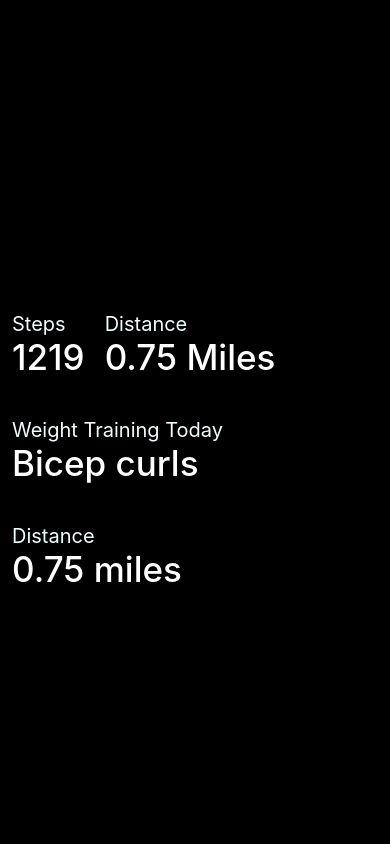
Repository: JamesPesenti/JiMTracker
Screen: /
The author's editor kept a copy of each file at every save. The screen is drawn from the files as they stood at one save, then again after the next save.
The app was drawn by React Native's web renderer in a window 390 px wide. The project was rebuilt for these pictures with package versions that can differ from the ones it lists, and the page was loaded fresh each time.

Above is the screen before, as saved 2023-06-16 12:29:45.

After the next save:
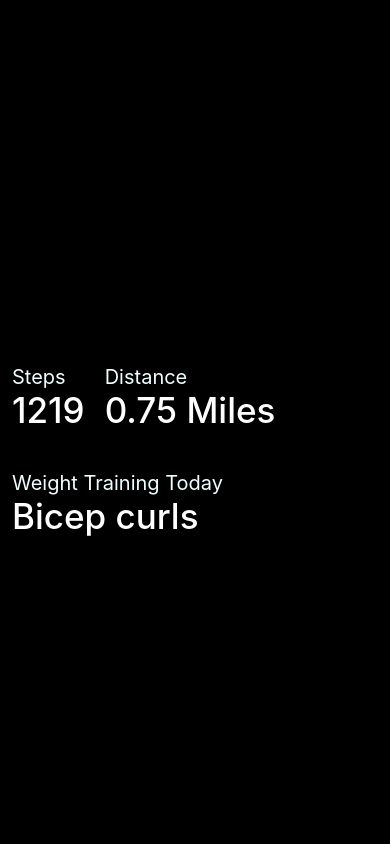
Saved 35 s later.
--- a/App.tsx
+++ b/App.tsx
@@ -31,14 +31,6 @@
               <Text style={styles.label}>Weight Training Today</Text>
               <Text style={styles.amount}>Bicep curls</Text>
            </View>
-
-        <View style={{flexDirection: 'row'}}>
-          {/* Distance */}
-          <View>
-              <Text style={styles.label}>Distance</Text>
-              <Text style={styles.amount}>0.75 miles</Text>
-          </View>
-        </View>
       <StatusBar style="auto" />
     </View>
   );

After the save that followed:
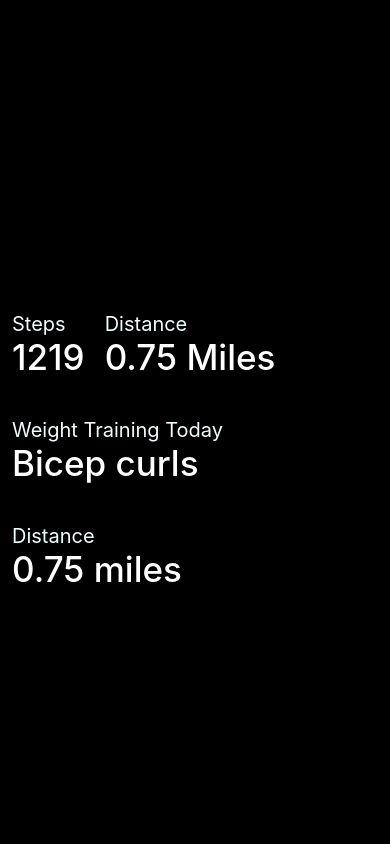
Saved 18 s later.
--- a/App.tsx
+++ b/App.tsx
@@ -31,6 +31,14 @@
               <Text style={styles.label}>Weight Training Today</Text>
               <Text style={styles.amount}>Bicep curls</Text>
            </View>
+
+        <View style={{flexDirection: 'row'}}>
+          {/* new */}
+          <View>
+              <Text style={styles.label}>Distance</Text>
+              <Text style={styles.amount}>0.75 miles</Text>
+          </View>
+        </View>
       <StatusBar style="auto" />
     </View>
   );
